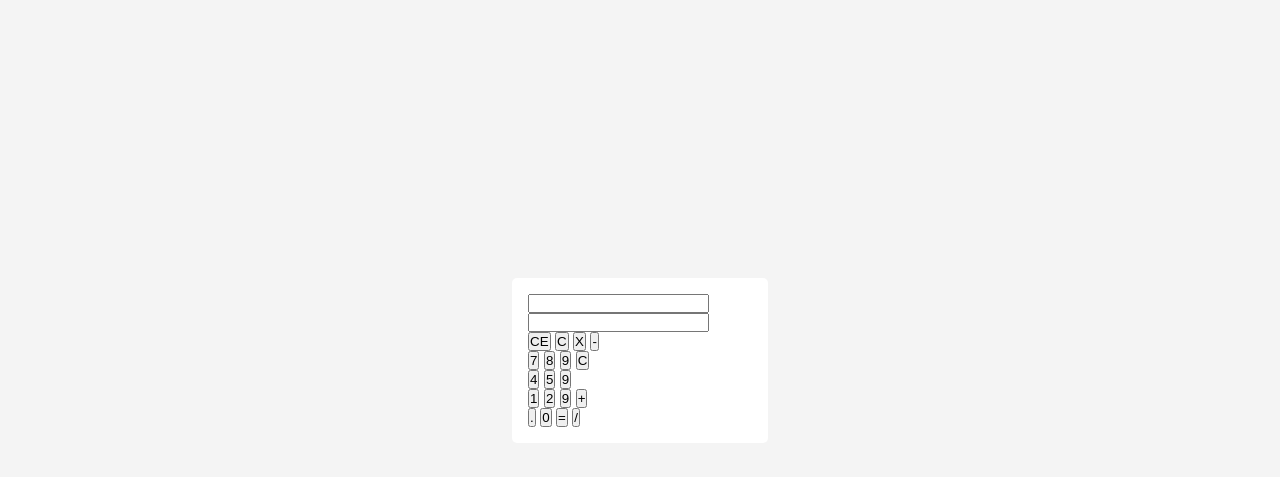
Repository: DNature/calc
Page: index.html
The author's editor kept a copy of each file at every save. The page is drawn from the files as they stood at one save, then again after the next save.
The browser window is 1280 px wide. The pictures show the whole page.

Above is the page before, as saved 2019-11-20 23:22:41.

After the next save:
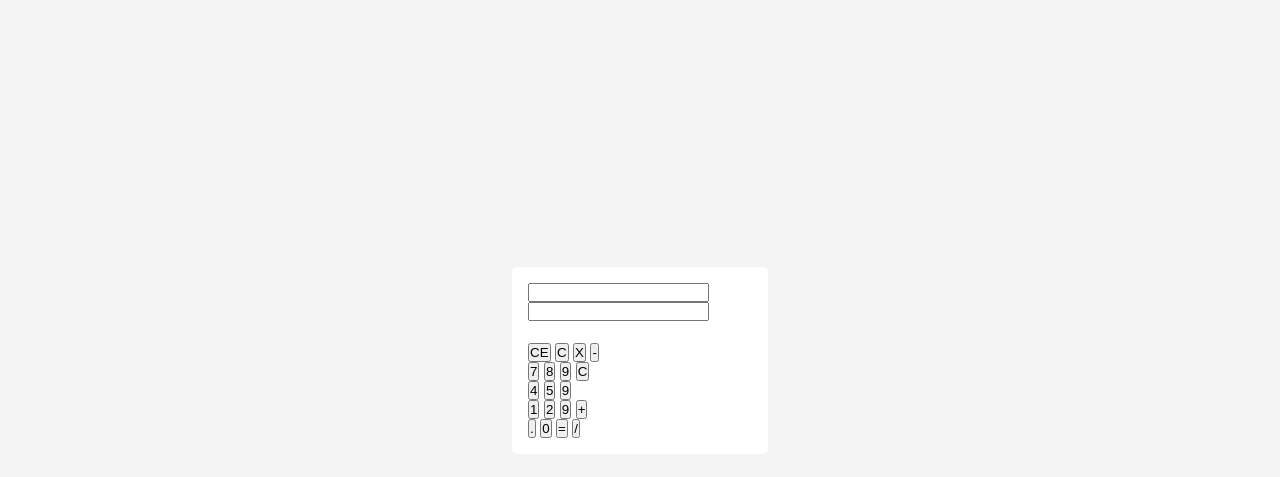
Saved 62 s later.
--- a/css/style.css
+++ b/css/style.css
@@ -21,3 +21,7 @@
   padding: 1rem;
   border-radius: 5px;
 }
+
+.output {
+  height: 60px;
+}
